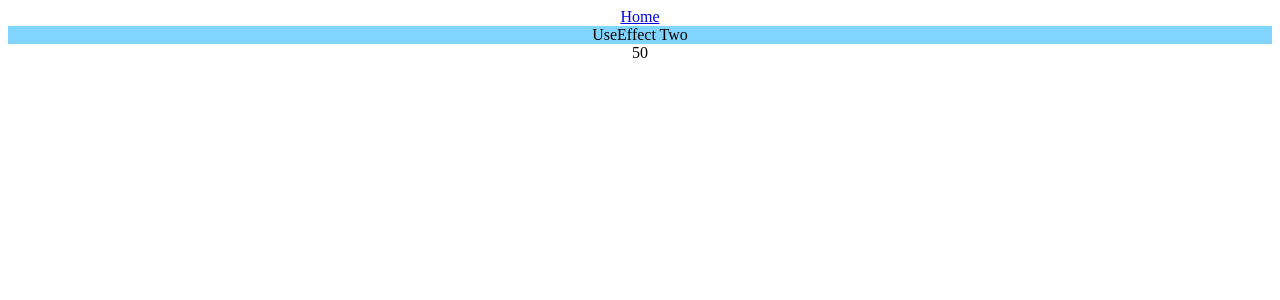
Repository: KanaKimishima/carousel
Page: /useEffectTwo
These files come from the project's save history. The page is drawn as it stood at one moment and after the next save; the edit follows.
The browser window is 1280 px wide. The pictures show the whole page.
The project was rebuilt for these pictures with package versions that can differ from the ones it lists, and the page was loaded fresh each time. The framework's server and built-in components were replaced by stand-ins that run in the browser. Also part of the build but not shown: next.config.js.

Above is the page before, as saved 2023-02-21 01:00:58.

After the next save:
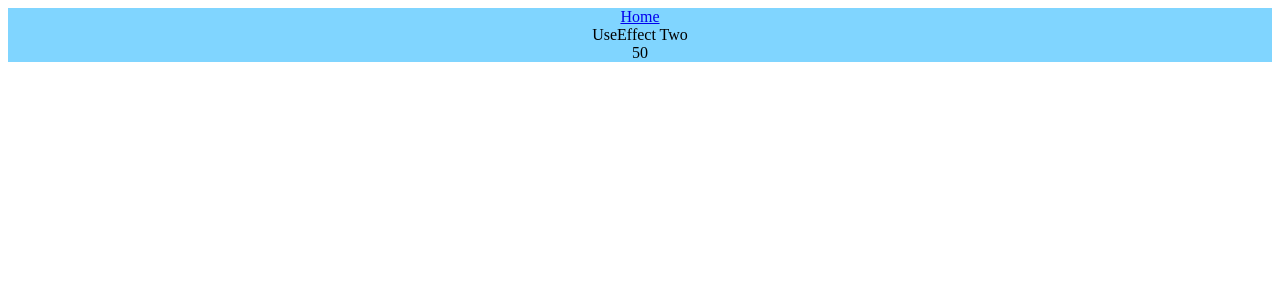
Saved 8 s later.
--- a/styles/UseEffectTwo.module.css
+++ b/styles/UseEffectTwo.module.css
@@ -1,4 +1,6 @@
 .main {
+    background-color: var(--lightbrue);
+
     text-align: center;
 }
 

After the save that followed:
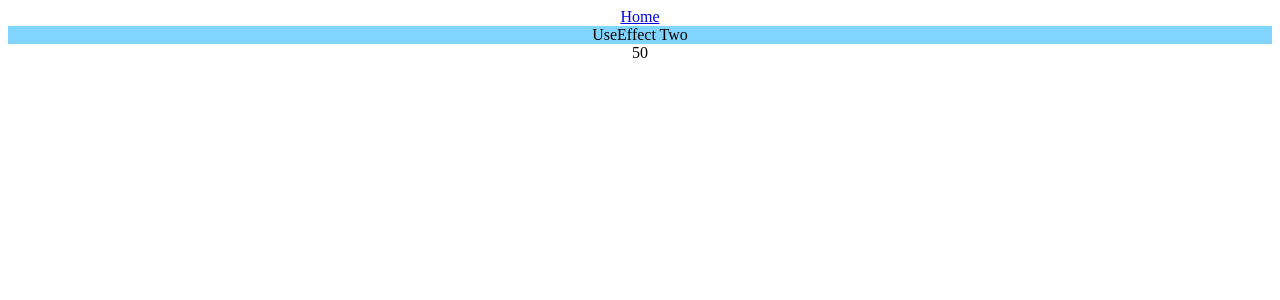
Saved 4 s later.
--- a/styles/UseEffectTwo.module.css
+++ b/styles/UseEffectTwo.module.css
@@ -1,5 +1,4 @@
 .main {
-    background-color: var(--lightbrue);
 
     text-align: center;
 }
